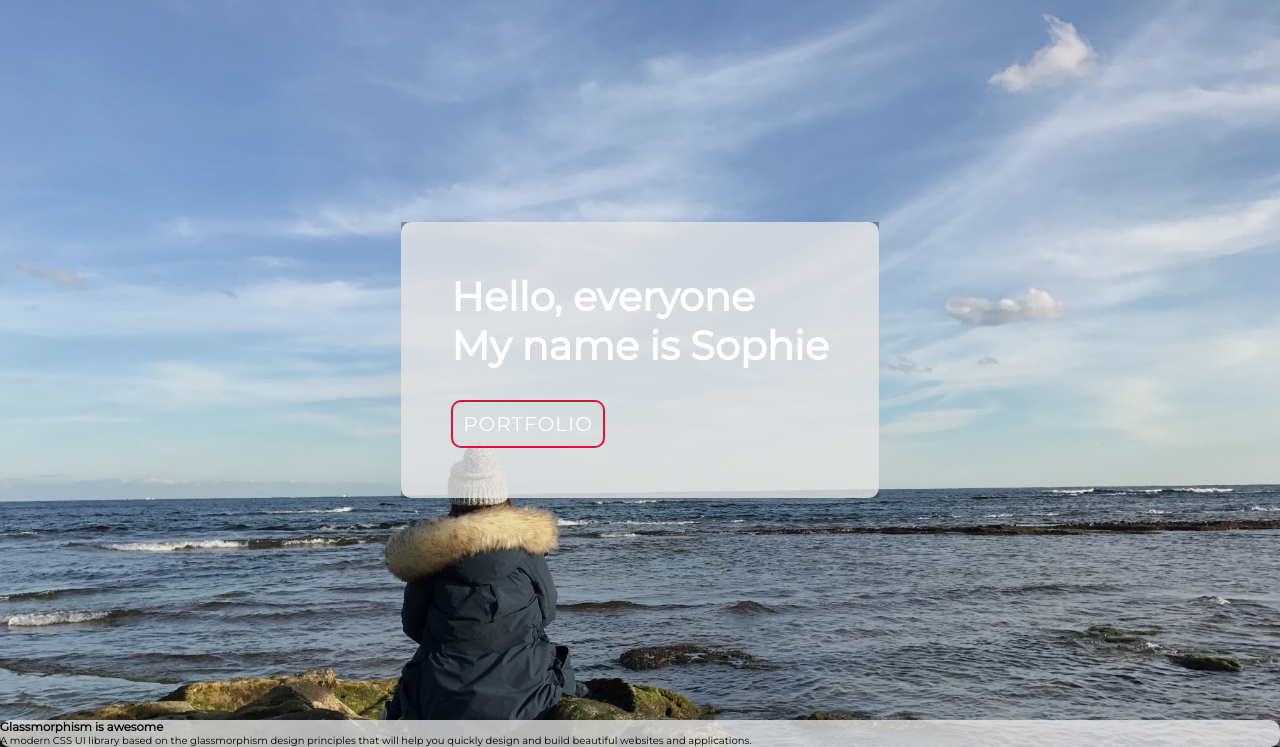
Repository: wenxi0504/StaticWebsite_Profolio
Page: index.html
These files come from the project's save history. The page is drawn as it stood at one moment and after the next save; the edit follows.
The browser window is 1280 px wide. The pictures show the whole page.

Above is the page before, as saved 2022-03-02 00:07:39.

After the next save:
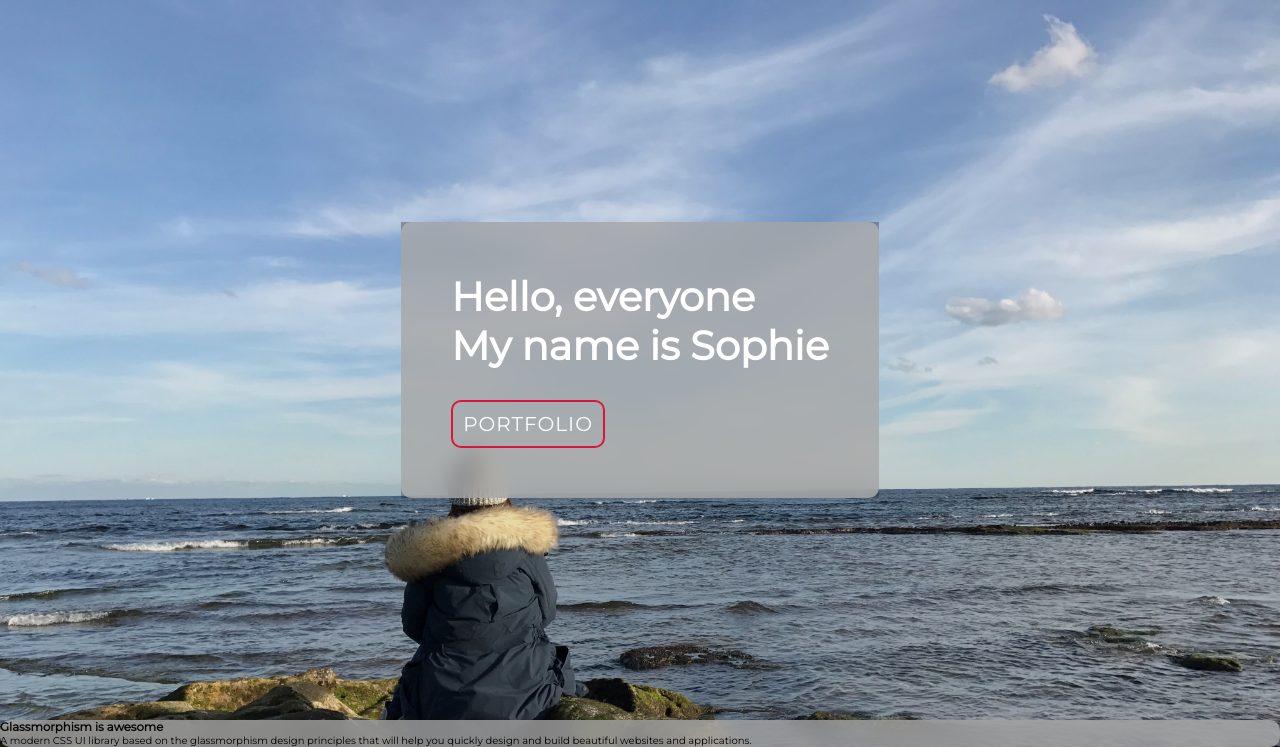
Saved 4 s later.
--- a/style.css
+++ b/style.css
@@ -50,7 +50,7 @@ z-index:1;
     background-color:rgba(255, 255, 255, .7);
     border-radius:10px;
     -webkit-backdrop-filter: blur(10px);
-    /* backdrop-filter: blur(10px); */
+    backdrop-filter: blur(10px);
 }
 
 #myIntro h1{
